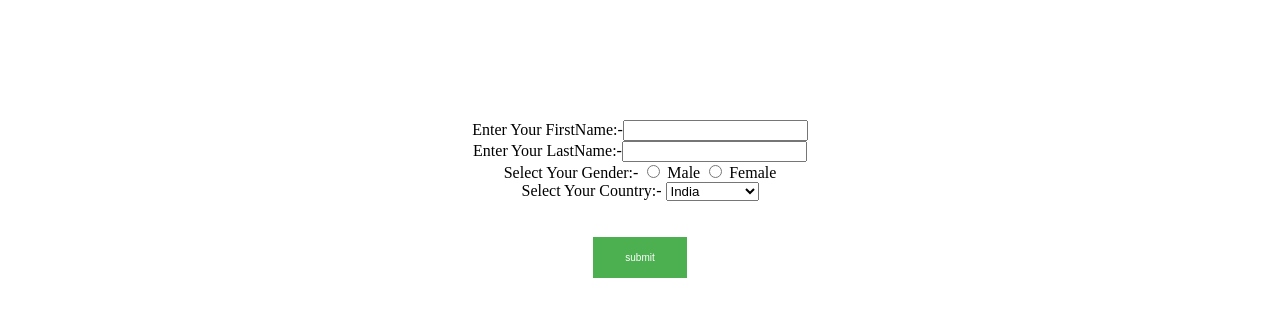
Repository: ErNitesh-d/java-program
Page: JAVA PROJECTS/ASSIGNMMENT_2/WebContent/index.html
The author's editor kept a copy of each file at every save. The page is drawn from the files as they stood at one save, then again after the next save.
The browser window is 1280 px wide. The pictures show the whole page.

Above is the page before, as saved 2022-09-03 15:15:52.

### JAVA PROJECTS/ASSIGNMMENT_2/WebContent/index.html

<!DocType html>
<html>
<body>
<div style=" margin: auto;
width: 75%;
text-align: center;
padding: 70px 0;
border: 0px solid white;
text-align: header;
margin-top: 50px;">
<form action="Hello" method="get">
Enter Your FirstName:-<input type="text" name="FirstName"><br>
Enter Your LastName:-<input type="text" name="LastName"><br>
Select Your Gender:-
<input type="radio" id="Male" name="Gender" value="Male">
<label for="Male">Male</label>
<input type="radio" id="Female" name="Gender" value="Female">
<label for="Female">Female</label><br>
<label for="cars">Select Your Country:-</label>
<select name="Country" id="cars">
<option value="India">India</option>
<option value=" America">America</option>
<option value=" Afghanistan">Afghanistan</option>
<option value="Pakistan">Pakistan</option>
<option value="china">china</option>
</select><br>
<br>
<br>
<input type="submit" style=" position: relative; background-color: #4CAF50; /* Green */
border: none;
color: white;
padding: 15px 32px;
text-align: center;
text-decoration: none;
display: inline-block;
font-size: 10px;"value="submit">
</form>
</div>
</body>
</html>

After the next save:
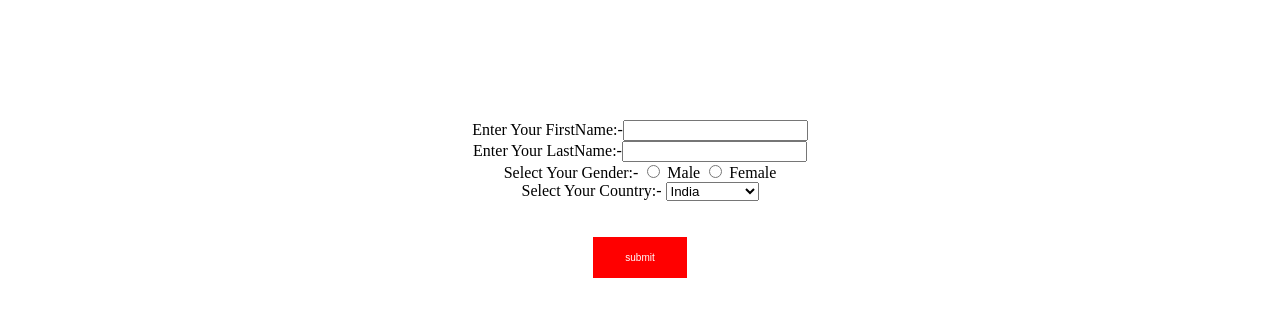
Saved 33 s later.
--- a/JAVA PROJECTS/ASSIGNMMENT_2/WebContent/index.html
+++ b/JAVA PROJECTS/ASSIGNMMENT_2/WebContent/index.html
@@ -27,7 +27,7 @@ Select Your Gender:-
 </select><br>
 <br>
 <br>
-<input type="submit" style=" position: relative; background-color: #4CAF50; /* Green */
+<input type="submit" style=" position: relative; background-color: red; /* Green */
 border: none;
 color: white;
 padding: 15px 32px;
